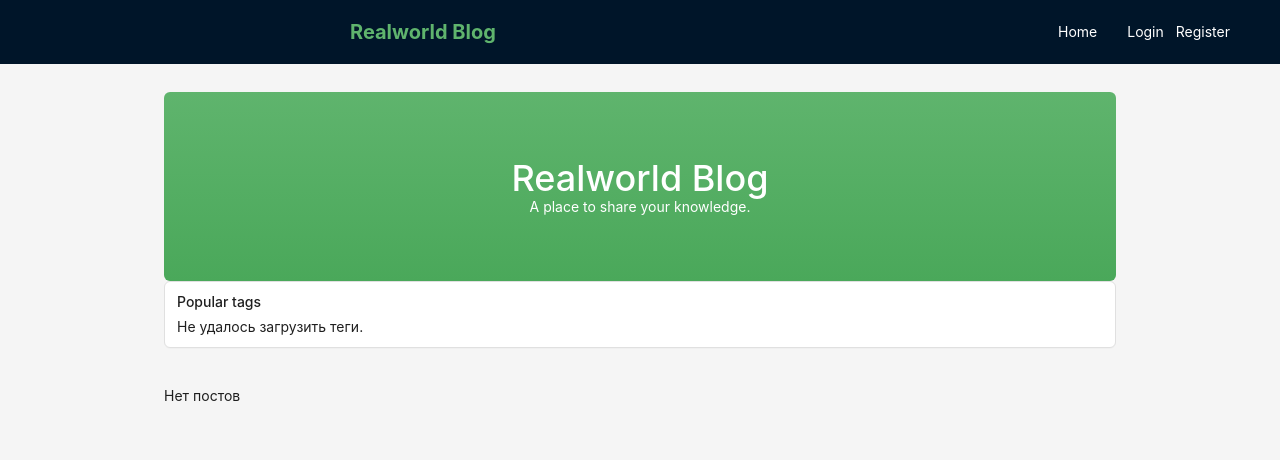
Repository: Rafged/S1mple-blog
Page: / (app in S1mple-blog-main/)
The author's editor kept a copy of each file at every save. The page is drawn from the files as they stood at one save, then again after the next save.
The browser window is 1280 px wide. The pictures show the whole page.
The page's requests for data from a server got no answer. The project was rebuilt for these pictures with package versions that can differ from the ones it lists, and the page was loaded fresh each time. No one was signed in, and anything a server would have sent is missing. Also part of the build but not shown: S1mple-blog-main/vite.config.js, S1mple-blog-main/src/pages/Login.jsx, S1mple-blog-main/src/pages/Register.jsx, S1mple-blog-main/src/pages/NewPost.jsx, S1mple-blog-main/src/pages/Settings.jsx, S1mple-blog-main/src/pages/Article.jsx, S1mple-blog-main/src/pages/Profile.css, S1mple-blog-main/src/pages/Profile.jsx.

Above is the page before, as saved 2025-10-06 14:49:21.

After the next save:
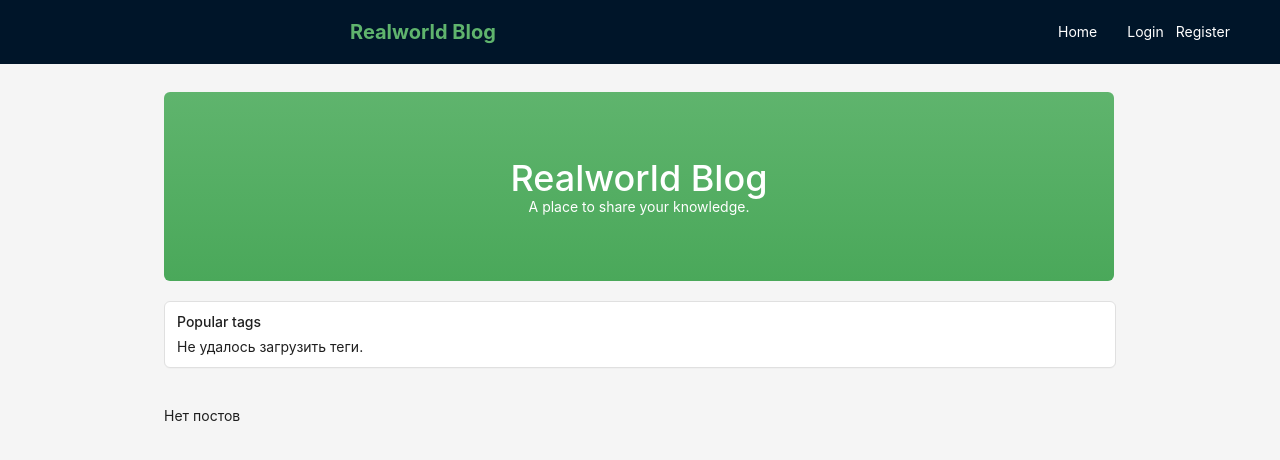
Saved 17 s later.
--- a/S1mple-blog-main/src/styles.css
+++ b/S1mple-blog-main/src/styles.css
@@ -2,7 +2,7 @@
 body{ font-family: Inter, "Open Sans", Arial, sans-serif; margin:0; background:#fafafa; color:#222 }
 .container{ max-width:1600px; margin:0 auto; padding:4px }
 .brand{ color:var(--green); font-weight:700; font-size:20px; margin-right:12px }
-.banner{ background:linear-gradient(180deg,#5fb46d,#4aa85a); color:#fff; padding:66px; border-radius:6px; margin-bottom:20px width: 950px;}
+.banner{ background:linear-gradient(180deg,#5fb46d,#4aa85a); color:#fff; padding:66px; border-radius:6px; margin-bottom:20px; width: 950px;}
 .meta{ color:#777; margin-top:6px }
 
 
